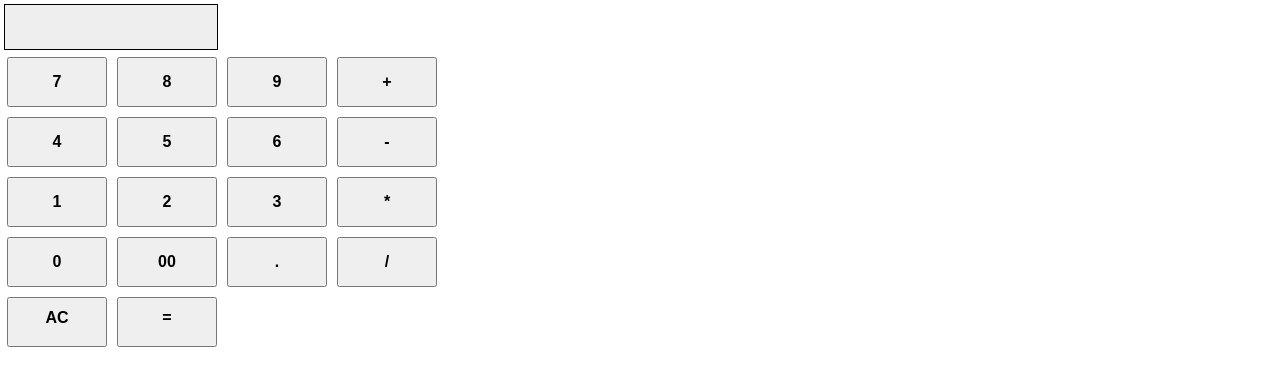
Repository: Kokoro-jp/calculatorApp
Page: index.html
The author's editor kept a record of every edit. The page is drawn from the files as they stood at one moment, then again after the next edit.
The browser window is 1280 px wide. The pictures show the whole page.

Above is the page before.

### index.html
<!DOCTYPE html>
    <html lang="ja">
      <head>
        <meta charset="utf-8">
        <link rel="stylesheet" href="main.css">
        <title>Calculator</title></title>
      </head>

      <body>
        <table>
          <tr>
            <td><div id="display"></div></td>
          </tr>

          <tr>
            <td><button onclick="clickbutton(this)">7</button></td>
            <td><button onclick="clickbutton(this)">8</button></td>
            <td><button onclick="clickbutton(this)">9</button></td>
            <td><button onclick="edit(this)">+</button></td>
          </tr>

          <tr>
            <td><button onclick="clickbutton(this)">4</button></td>
            <td><button onclick="clickbutton(this)">5</button></td>
            <td><button onclick="clickbutton(this)">6</button></td>
            <td><button onclick="edit(this)">-</button></td>
          </tr>

          <tr>
            <td><button onclick="clickbutton(this)">1</button></td>
            <td><button onclick="clickbutton(this)">2</button></td>
            <td><button onclick="clickbutton(this)">3</button></td>
            <td><button onclick="edit(this)">*</button></td>
          </tr>

          <tr>
            <td><button onclick="clickbutton(this)">0</button></td>
            <td><button onclick="clickbutton(this)">00</button></td>
            <td><button onclick="edit(this)">.</button></td>
            <td><button onclick="edit(this)">/</button></td>
          </tr>

          <tr>
            <td><button class="longbutton" onclick="reset(this)">AC</button></td>
            <td><button class="longbutton" onclick="equal(this)">=</button></td>
          </tr>

        </table>



      <script src="main.js"></script>
      </body>



    </html>

### main.css
*{
    margin: 0;
    padding: 0;
}


button{
    width: 100px;
    height: 50px;
    outline: none;
    box-shadow: none;
    margin: 5px;
    font-size: 16px;
    font-weight: bold;
}

#display{
    width: 208px;
    height: 40px;
    margin: 2px;
    background-color: #EEE;
    text-align: right;
    padding: 2px;
    box-shadow: none;
    outline: none;
    font-weight: bold;
    border: solid black 1px;
}


table{
    width:185px;
    table-layout: fixed;
    text-align: center;
}

.longbutton{
    display: flex;
    width: 100px;
    justify-content:center;
    padding-top: 10px;
}

tr{
    display: flex;
}

### main.js
let result = document.getElementById("display");

function equal() {
    result.innerHTML = eval(result.innerHTML);
}

function reset() {
    result.innerHTML ="";
}

function clickbutton(target){
    let input = target.innerHTML;
    if(result.innerHTML == "0" || result.innerHTML == "00") {
        result.innerHTML = input;
    }else{
        result.innerHTML +=input;
    }
}

function edit(target){
    let input = target.innerHTML;

    if(result.innerHTML.slice(-1) == "-") {
        return;
    }else if(result.innerHTML.slice(-1) == "+"){
        return;
    }else if(result.innerHTML.slice(-1) == "*"){
        return;
    }else if(result.innerHTML.slice(-1) == "/"){
        return;
    }else if(result.innerHTML.slice(-1) == "."){
        return;
    }else{
        result.innerHTML += input;
    }
}

After the next edit:
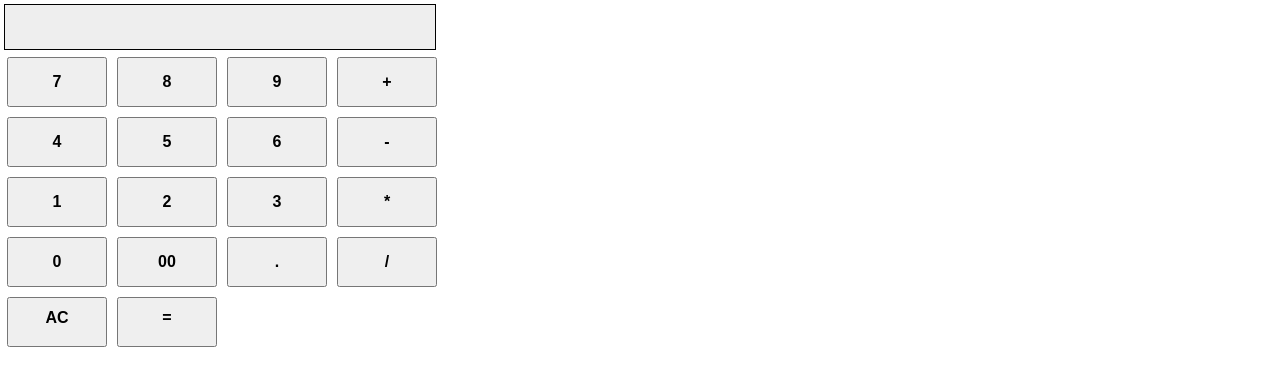
The edit:
--- a/main.css
+++ b/main.css
@@ -15,7 +15,7 @@
 }
 
 #display{
-    width: 208px;
+    width: 426px;
     height: 40px;
     margin: 2px;
     background-color: #EEE;
